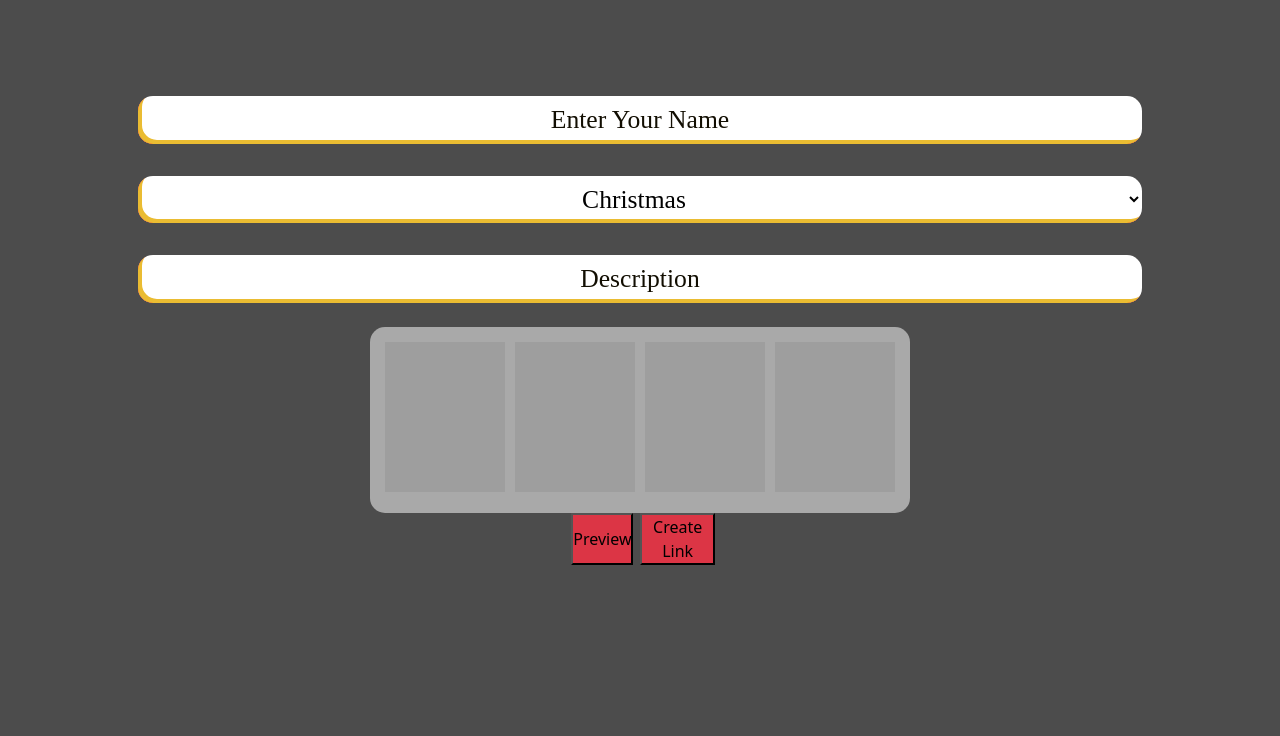
Repository: Haneef-Shaik/Greetings
Page: /
An editor plug-in stored every save of this project. The page is shown before and after the next save, followed by the edit.
The browser window is 1280 px wide. The pictures show the whole page.
Pictures or frames that could not be fetched are drawn as grey boxes. The project was rebuilt for these pictures with package versions that can differ from the ones it lists, and the page was loaded fresh each time. The framework's server and built-in components were replaced by stand-ins that run in the browser. Also part of the build but not shown: next.config.js, styles/card.module.scss, components/card.js, styles/socialShare.module.scss, components/socialShare.js.

Above is the page before, as saved 2021-12-01 21:11:52.

After the next save:
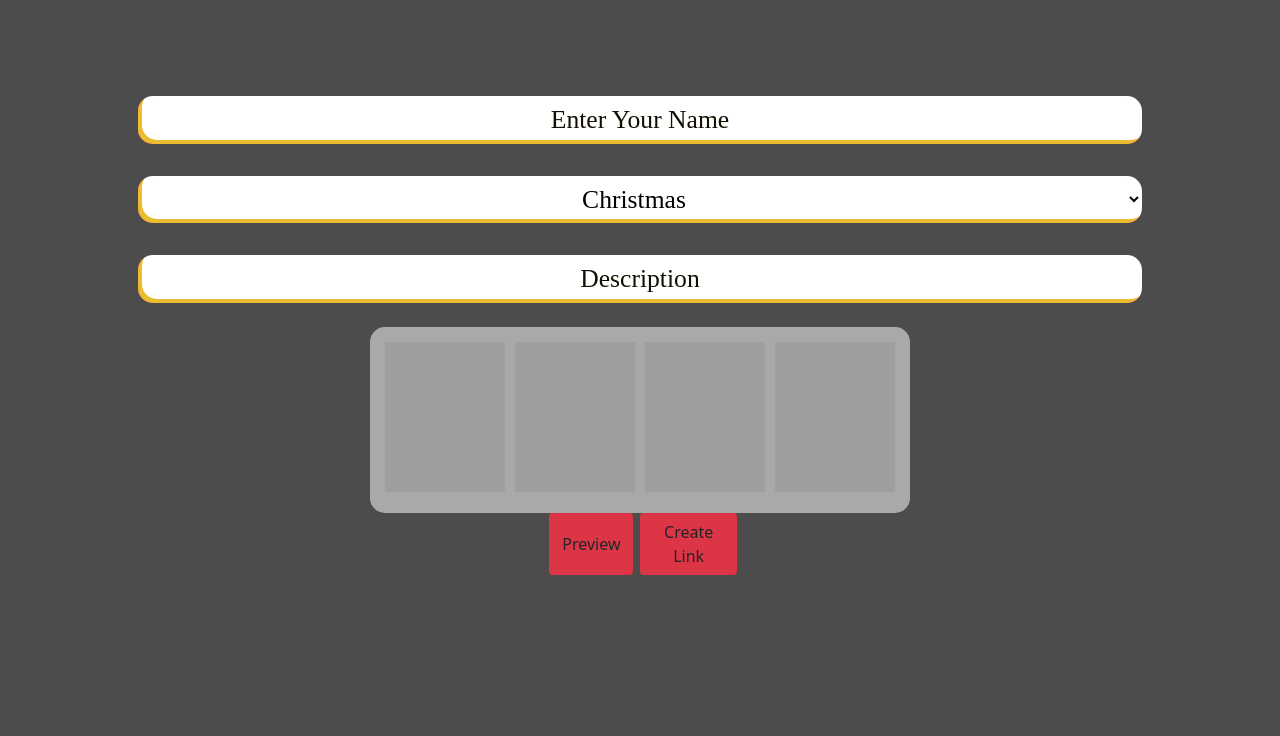
Saved 5 s later.
--- a/components/form.js
+++ b/components/form.js
@@ -65,8 +65,8 @@ function Edit() {
 
                                 <div className="footerBanner">
                                     <div className="row ">
-                                        <div className="col p-0 m-0 d-flex justify-content-around "  > <button className="bg-danger"  >Preview</button></div>
-                                        <div className="col p-0 m-0 d-flex justify-content-around "  > <button className="bg-danger"  > Create Link </button></div>
+                                        <div className="col p-0 m-0 d-flex justify-content-around "  > <button className="bg-danger btn"  >Preview</button></div>
+                                        <div className="col p-0 m-0 d-flex justify-content-around "  > <button className="bg-danger btn"  > Create Link </button></div>
                                     </div>
                                 </div>
                             </form>
